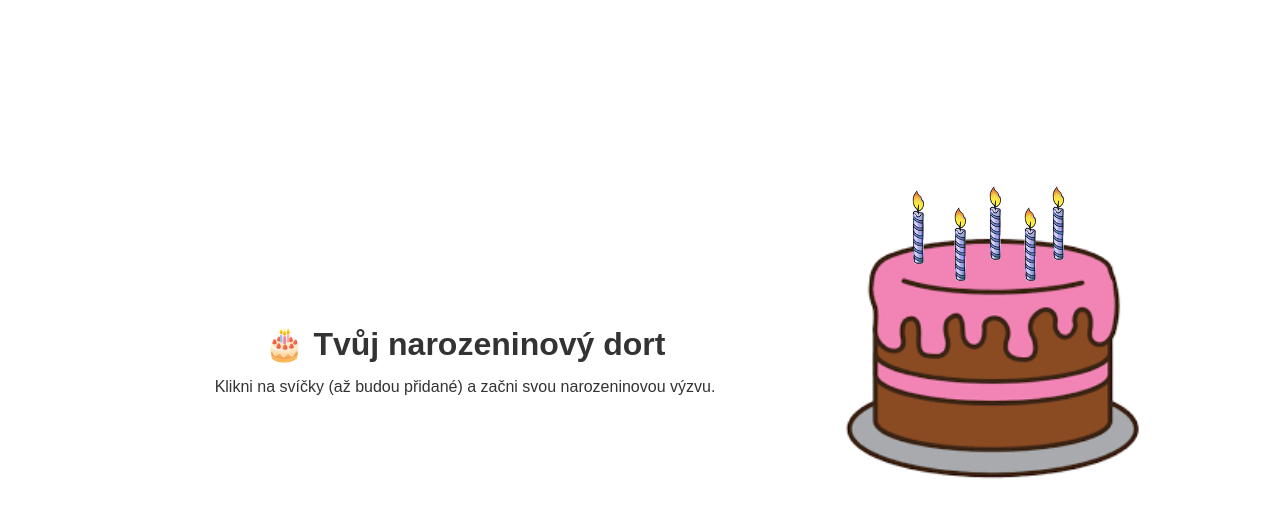
Repository: DanielMicka/darek
Page: html/cake.html
An editor plug-in stored every save of this project. The page is shown before and after the next save, followed by the edit.
The browser window is 1280 px wide. The pictures show the whole page.

Above is the page before, as saved 2026-06-13 19:29:38.

After the next save:
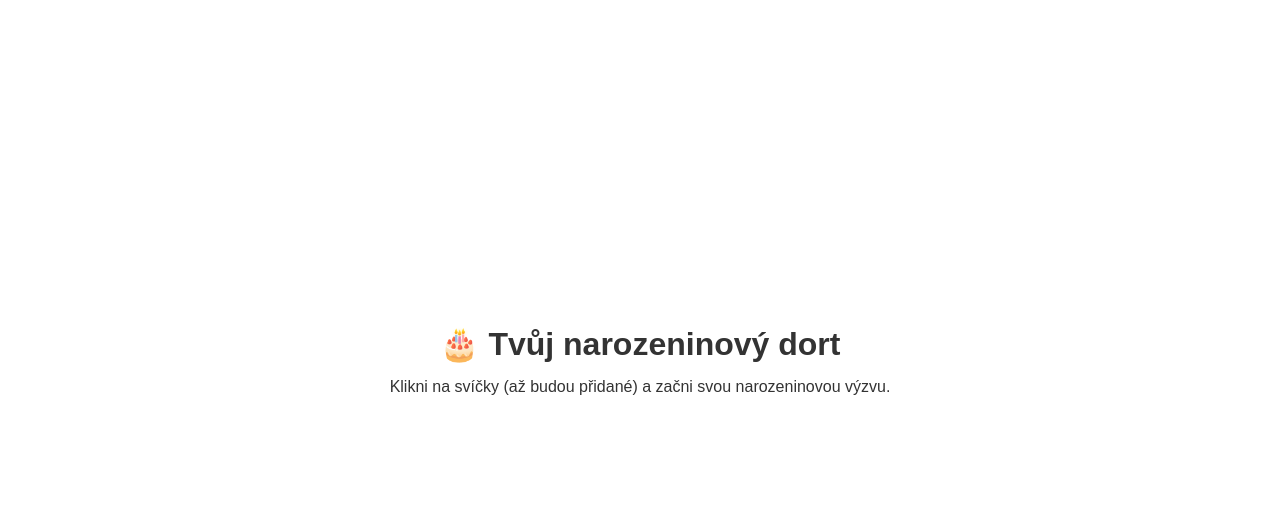
Saved 4 min 0 s later.
--- a/html/cake.html
+++ b/html/cake.html
@@ -18,24 +18,7 @@
 
     </div>
 
-        <div class="cake-wrapper">
-            <img src="/cake.png" class="cake">
 
-            <!-- Svíčka 1 -->
-            <img src="/svíčka_ende.png" class="candle c1" data-id="1">
-
-            <!-- Svíčka 2 -->
-            <img src="/svíčka_ende.png" class="candle c2" data-id="2">
-
-            <!-- Svíčka 3 -->
-            <img src="/svíčka_ende.png" class="candle c3" data-id="3">
-
-            <!-- Svíčka 4 -->
-            <img src="/svíčka_ende.png" class="candle c4" data-id="4">
-
-            <!-- Svíčka 5 -->
-            <img src="/svíčka_ende.png" class="candle c5" data-id="5">
-        </div>
 
 
 </body>
